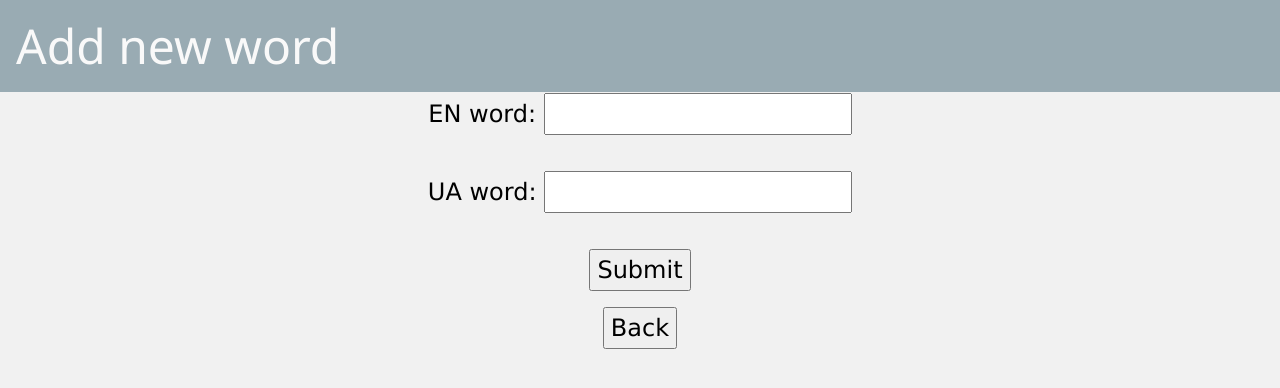
Repository: OleksandrDoskaliukKN313/IIC
Page: WebDictionary/WebContent/inputForm.html
These files come from the project's save history. The page is drawn as it stood at one moment and after the next save; the edit follows.
The browser window is 1280 px wide. The pictures show the whole page.

Above is the page before, as saved 2020-10-12 10:20:03.

### WebDictionary/WebContent/inputForm.html
<!DOCTYPE html>
<html>
<head>
<meta charset="UTF-8">
<title>Input Form</title>
<link rel="stylesheet" href="w3.css">
</head>
<body class="w3-light-grey ">
<div class="w3-container w3-blue-grey w3-opacity w3-left-align 	">
        <h1 class = "w3-xxxlarge">Add new word</h1>
    </div>
<div class = "w3-xlarge w3-container w3-center">
<form action="addWord.jsp">
    EN word: <input name="en" />
    <br><br>
    UA word: <input name="ua" />
    <br></br>
    <input type="submit" value="Submit" />
   <br>
   <button class = "w3-margin-top" onclick="location.href='index.html'">Back</button>
</form>
</div>

</body>
</html>

Loaded but not shown: WebDictionary/WebContent/w3.css (library)

After the next save:
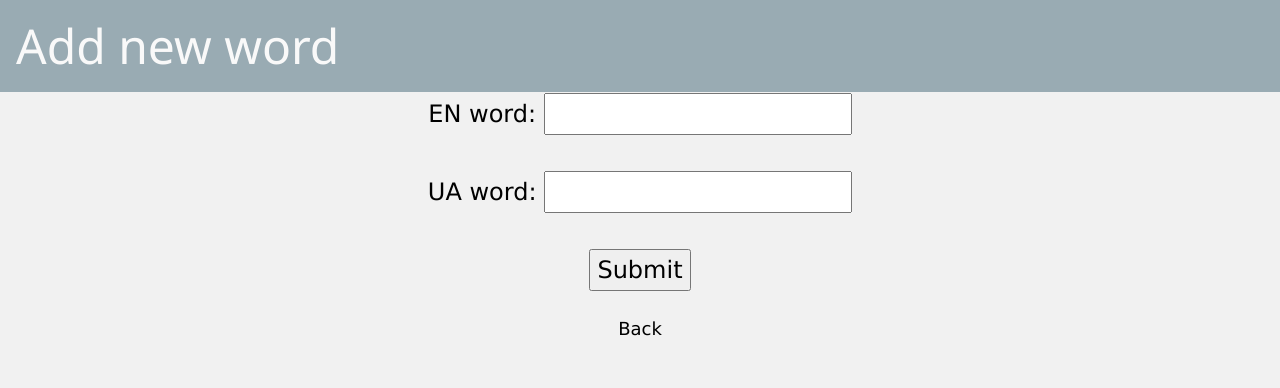
Saved 34 s later.
--- a/WebDictionary/WebContent/inputForm.html
+++ b/WebDictionary/WebContent/inputForm.html
@@ -17,7 +17,7 @@
     <br></br>
     <input type="submit" value="Submit" />
    <br>
-   <button class = "w3-margin-top" onclick="location.href='index.html'">Back</button>
+   <button class="w3-btn w3-hover-red w3-round-large w3-large w3-margin-top" onclick="location.href='index.html'">Back</button>
 </form>
 </div>
 
